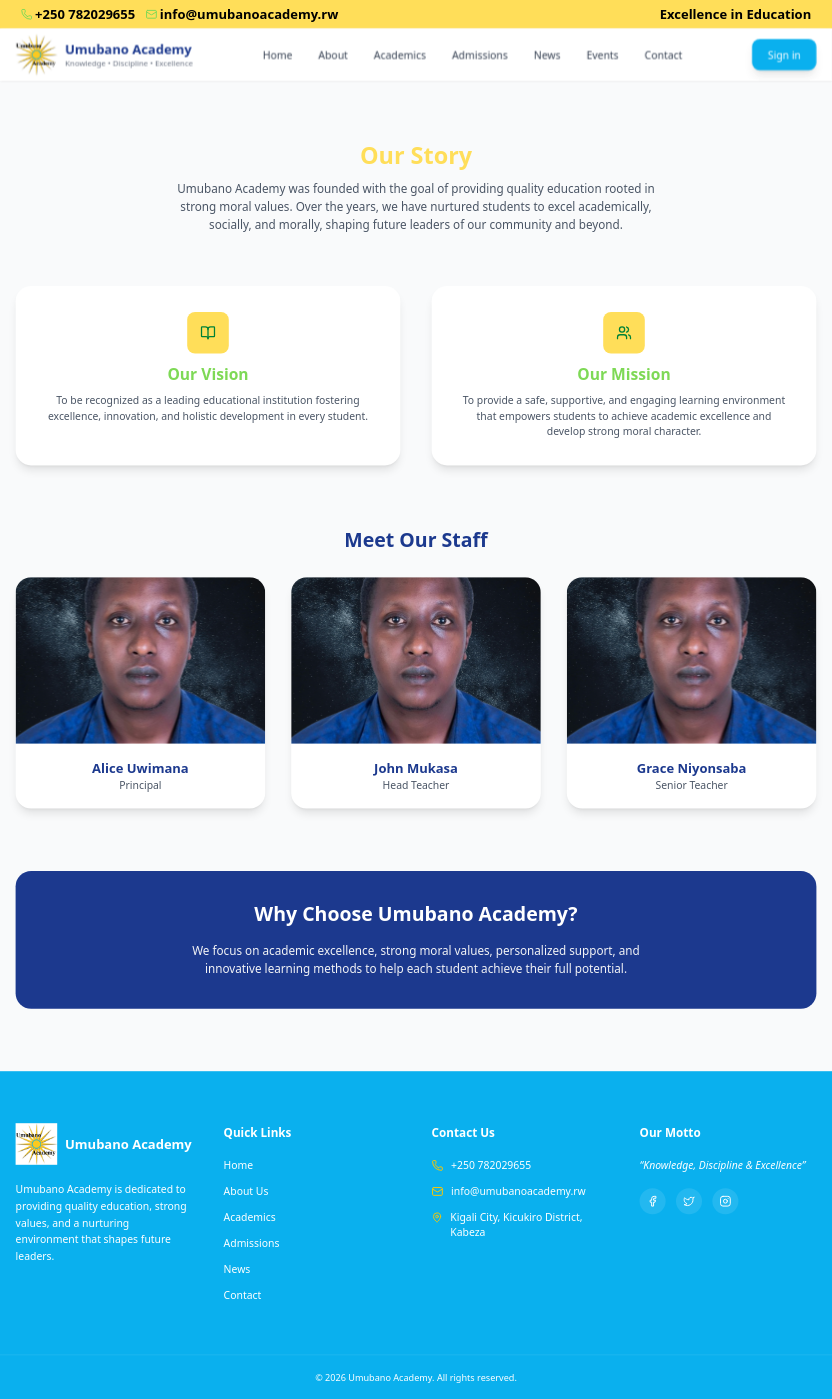
Repository: Umubano-Academy/umubano-academy-website
Page: /aboutus
These files come from the project's save history. The page is drawn as it stood at one moment and after the next save; the edit follows.
The browser window is 1280 px wide. The pictures show the whole page, at 65% of full size.
The project was rebuilt for these pictures with package versions that can differ from the ones it lists, and the page was loaded fresh each time. Also part of the build but not shown: vite.config.js, src/components/guest/Hero.jsx, src/components/guest/Event.jsx, src/components/guest/News.jsx, src/components/guest/Contact.jsx, src/components/guest/Home.jsx, src/components/guest/Admission.jsx, src/components/guest/Academic.jsx and 7 more.

Above is the page before, as saved 2026-01-13 19:28:33.

After the next save:
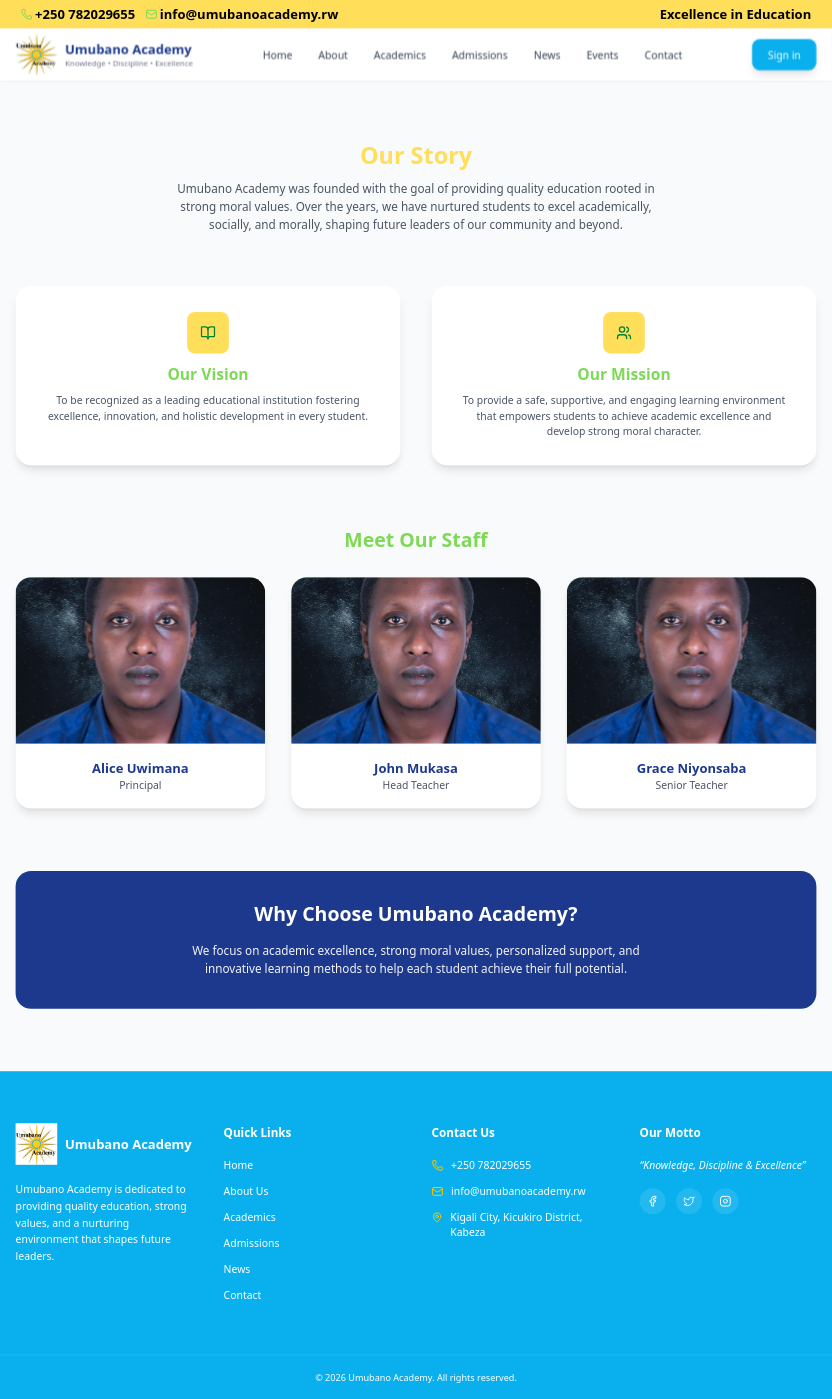
Saved 3 min 40 s later.
--- a/src/components/guest/About.jsx
+++ b/src/components/guest/About.jsx
@@ -81,7 +81,7 @@ function About() {
           transition={{ duration: 0.6 }}
           className="mb-24"
         >
-          <h3 className="text-3xl font-bold text-blue-900 mb-10 text-center">
+          <h3 className="text-3xl font-bold text-[#7ED956] mb-10 text-center">
             Meet Our Staff
           </h3>
           <div className="grid grid-cols-1 md:grid-cols-3 gap-10">
